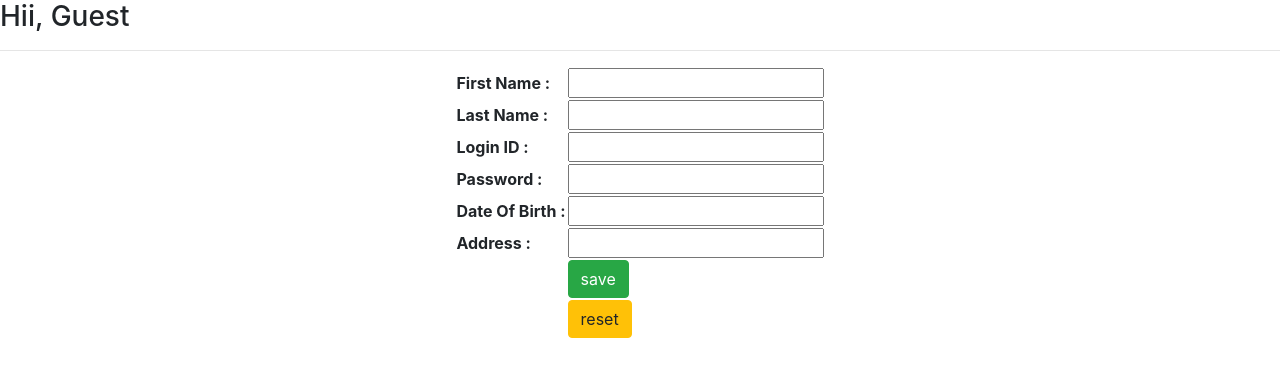
Repository: NikhilKhandait/Spring_MVC
Page: http://localhost/spring-mvc/WEB-INF/pages/UserView.jsp
An editor plug-in stored every save of this project. The page is shown before and after the next save, followed by the edit.
The browser window is 1280 px wide. The pictures show the whole page.
Some web libraries are served in a nearby version. The page is served by Tomcat 9. Nobody is signed in. The template is opened directly, without the code that normally fills it, so the values that code supplies are empty.

Above is the page before, as saved 2024-05-24 06:38:47.

After the next save:
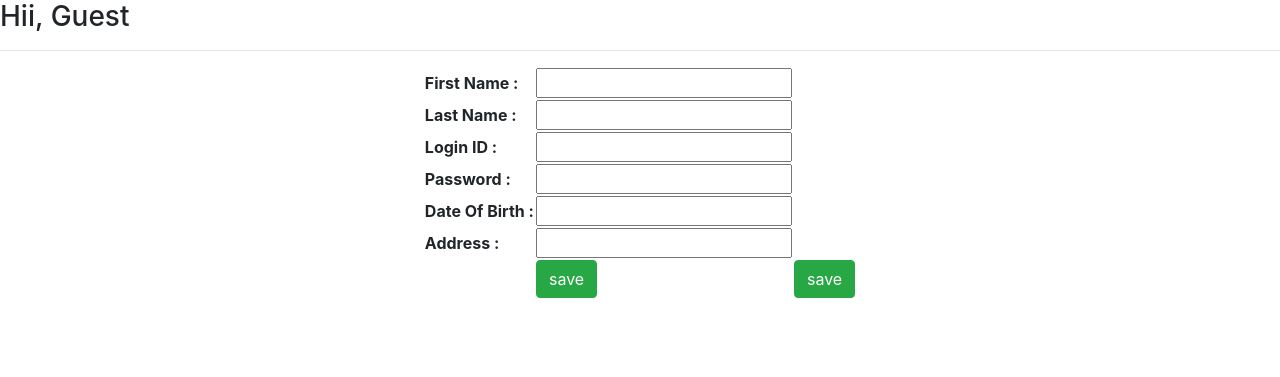
Saved 37 s later.
--- a/New folder/Spring-mvc/spring-mvc/src/main/webapp/WEB-INF/pages/UserView.jsp
+++ b/New folder/Spring-mvc/spring-mvc/src/main/webapp/WEB-INF/pages/UserView.jsp
@@ -48,12 +48,11 @@
 				</tr>
 				<tr>
 					<th></th>
+					<td><input type="submit" name="operation" class="btn btn-success" value="save">
 					<td><input type="submit" name="operation" class="btn btn-success" value="save"></td>
+					</td>
 				</tr>
-				<tr>
-				<th></th>
-				<td><input type="submit" name="operation" class="btn btn-warning" value="reset"></td>
-				</tr>
+
 			</table>
 		</div>
 	</sf:form>
